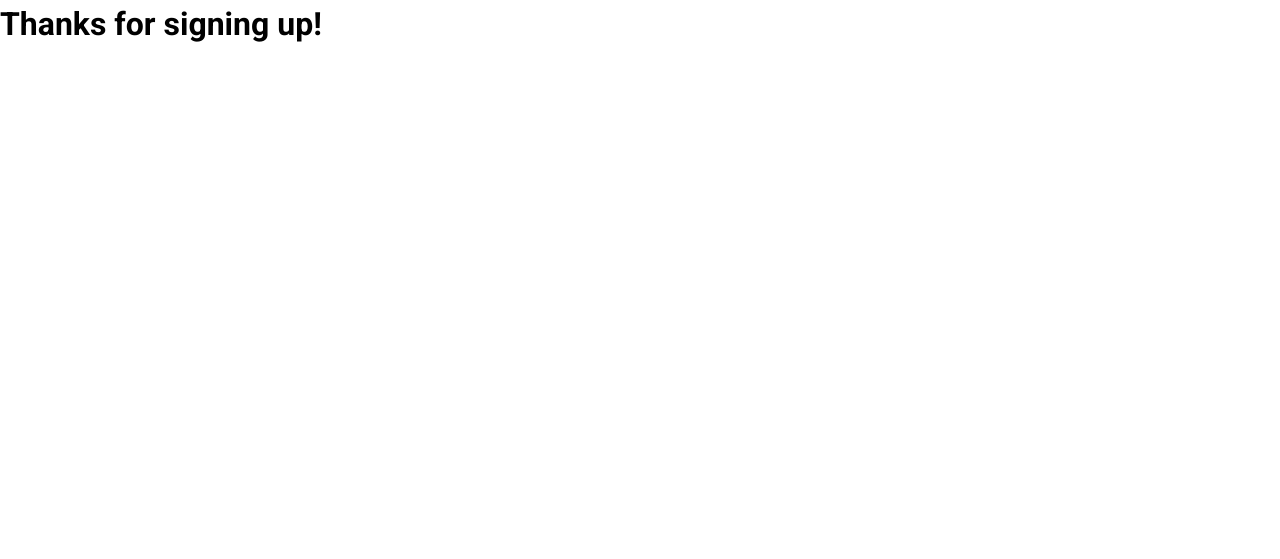
Repository: brandontaylor1/newsletter-signup
Page: success.html
These files come from the project's save history. The page is drawn as it stood at one moment and after the next save; the edit follows.
The browser window is 1280 px wide. The pictures show the whole page.

Above is the page before, as saved 2025-01-19 22:30:32.

### success.html
<!DOCTYPE html>
<html lang="en">
<head>
    <meta charset="UTF-8">
    <meta name="viewport" content="width=device-width, initial-scale=1.0">
    <link rel="preconnect" href="https://fonts.googleapis.com">
    <link rel="preconnect" href="https://fonts.gstatic.com" crossorigin>
    <link href="https://fonts.googleapis.com/css2?family=Roboto:ital,wght@0,100..900;1,100..900&display=swap" rel="stylesheet">
    <link rel="stylesheet" href="success.css">
    <title>Success | Newsletter Sign Up</title>
</head>
<body>
    <div class="success-card">
        <h1>Thanks for signing up!</h1>


    </div>



</body>
</html>

### success.css
* {
    margin: 0;
    padding: 0;
    box-sizing: border-box;
}

:root {
    /* COLORS */

    --primary-color-tomato: hsl(4, 100%, 67%);
    --neutral-color-white: hsl(0, 0%, 100%);
    --neutral-color-darkGray: hsl(234, 29%, 20%);
    --neutral-color-charcoalGray: hsl(235, 18%, 26%);
    --neutral-color-gray: hsl(231, 7%, 60%);

    /* FONTS */
    --fontWeight-regular: 400;
    --fontWeight-heavy: 700;
}

body {
    font-family: "Roboto", sans-serif;
    font-size: 16px;
    line-height: 1.5;
}

.container {
    display: flex;
    justify-content: center;
    align-items: center;
    background-color: var(--neutral-color-darkGray);
}

.success-card {
    width: 504px;
    height: 520px;
    background-color: var(--neutral-color-white);

}

After the next save:
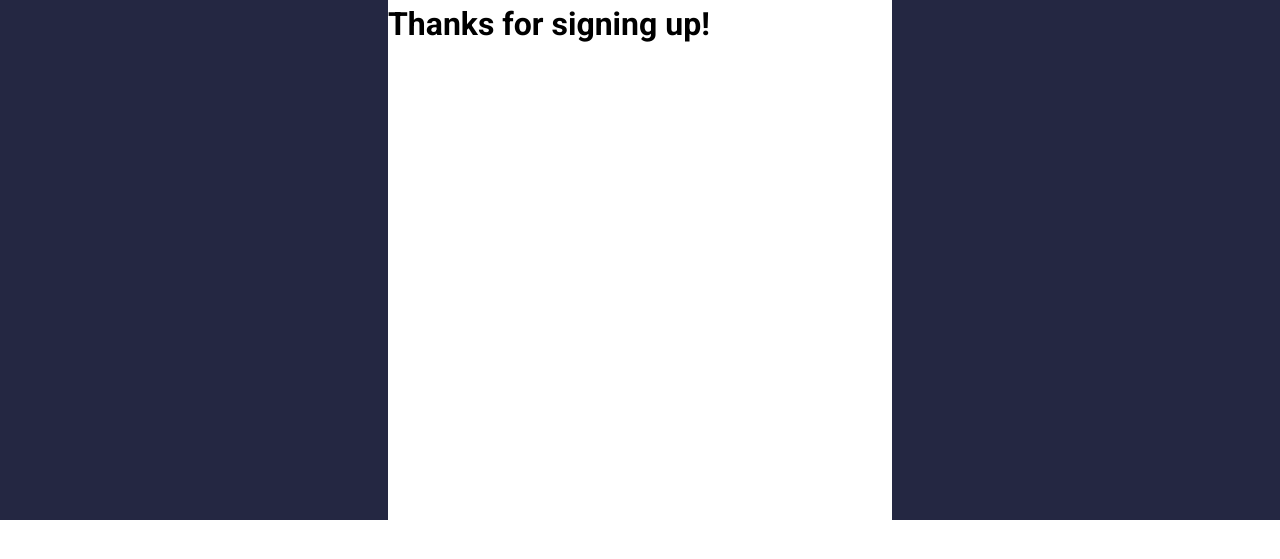
Saved 22 s later.
--- a/success.html
+++ b/success.html
@@ -10,11 +10,13 @@
     <title>Success | Newsletter Sign Up</title>
 </head>
 <body>
-    <div class="success-card">
-        <h1>Thanks for signing up!</h1>
+    <main class="container">
+        <div class="success-card">
+            <h1>Thanks for signing up!</h1>
 
 
-    </div>
+        </div>
+    </main>
 
 
 
